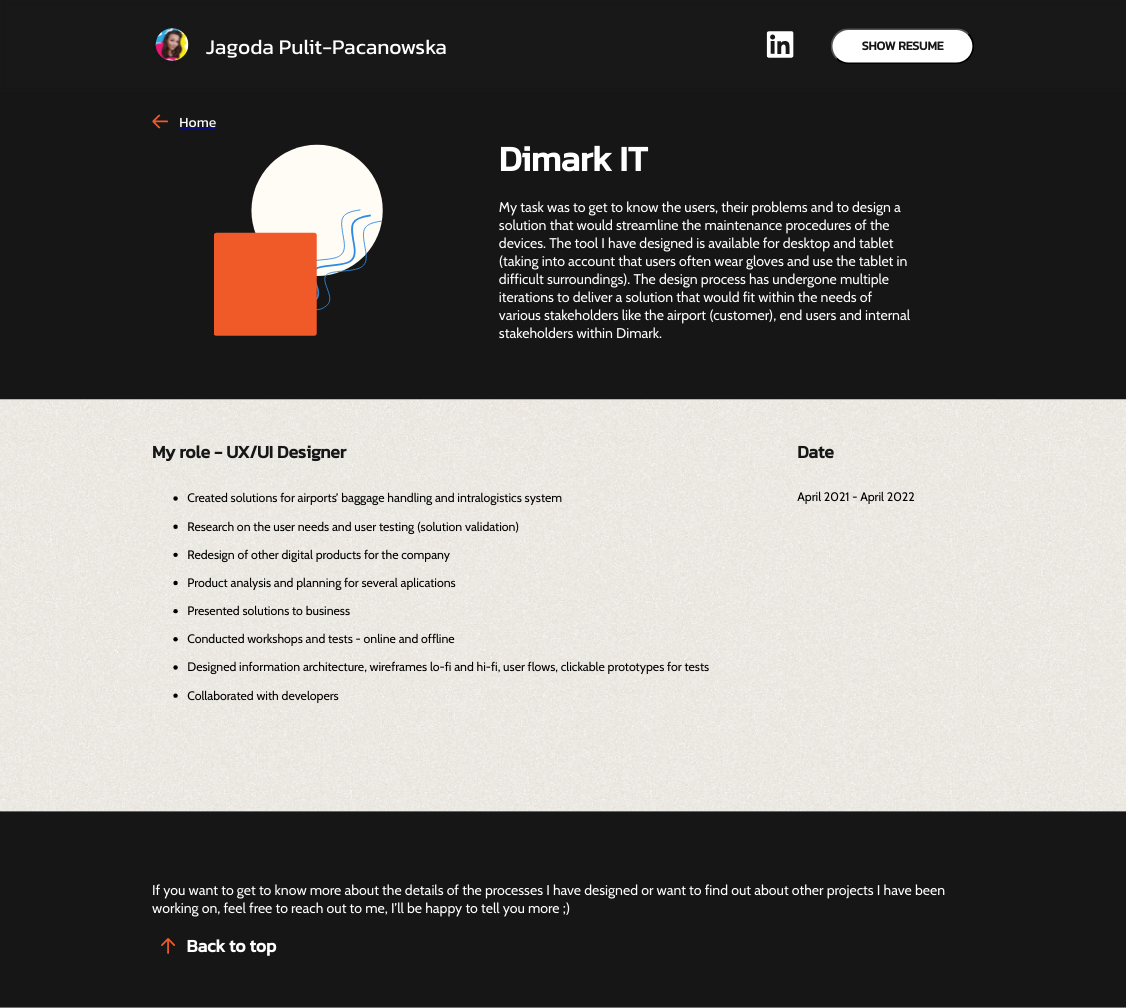
Repository: remigiuszpulit/ux-ui-portfolio
Page: /dimarkit
These files come from the project's save history. The page is drawn as it stood at one moment and after the next save; the edit follows.
The browser window is 1280 px wide. The pictures show the whole page, at 88% of full size.
The project was rebuilt for these pictures with package versions that can differ from the ones it lists, and the page was loaded fresh each time. Also part of the build but not shown: src/components/Card.js, src/pages/index.js.

Above is the page before, as saved 2022-10-03 22:17:43.

### public/index.html
<!DOCTYPE html>
<html lang="en">
  <head>
    <meta charset="utf-8" />
    <link rel="icon" href="%PUBLIC_URL%/avatar.svg" />
    <meta name="viewport" content="width=device-width, initial-scale=1" />
    <meta name="theme-color" content="#000000" />
    <meta
      name="description"
      content="Web site created using create-react-app"
    />
    <link rel="apple-touch-icon" href="%PUBLIC_URL%/avatar.svg" />
    <!--
      manifest.json provides metadata used when your web app is installed on a
      user's mobile device or desktop. See https://developers.google.com/web/fundamentals/web-app-manifest/
    -->
    <link rel="manifest" href="%PUBLIC_URL%/manifest.json" />
    <!--
      Notice the use of %PUBLIC_URL% in the tags above.
      It will be replaced with the URL of the `public` folder during the build.
      Only files inside the `public` folder can be referenced from the HTML.

      Unlike "/favicon.ico" or "favicon.ico", "%PUBLIC_URL%/favicon.ico" will
      work correctly both with client-side routing and a non-root public URL.
      Learn how to configure a non-root public URL by running `npm run build`.
    -->
    <title>Jagoda Pulit UX/UI Portfolio</title>
  </head>
  <body>
    <noscript>You need to enable JavaScript to run this app.</noscript>
    <div id="root"></div>
    <!--
      This HTML file is a template.
      If you open it directly in the browser, you will see an empty page.

      You can add webfonts, meta tags, or analytics to this file.
      The build step will place the bundled scripts into the <body> tag.

      To begin the development, run `npm start` or `yarn start`.
      To create a production bundle, use `npm run build` or `yarn build`.
    -->
  </body>
</html>

### src/index.js
import React from "react";
import ReactDOM from "react-dom/client";
import "./index.css";
import App from "./App";
import reportWebVitals from "./reportWebVitals";

const root = ReactDOM.createRoot(document.getElementById("root"));
root.render(
  // <React.StrictMode>
  <App />
  // </React.StrictMode> */
);

// If you want to start measuring performance in your app, pass a function
// to log results (for example: reportWebVitals(console.log))
// or send to an analytics endpoint. Learn more: https://bit.ly/CRA-vitals
reportWebVitals();

### src/App.js
import { BrowserRouter, Routes, Route, useLocation } from "react-router-dom";
import Navbar from "./components/Navbar";
import GlobalStyle from "./globalStyles";
import Index from "./pages";
import Dimark from "./pages/dimark";

function App() {
  return (
    <>
      <GlobalStyle />
      <BrowserRouter>
        <Navbar />
        <Routes>
          <Route path="/" element={<Index />} />
          <Route path="/dimarkit" element={<Dimark />} />
        </Routes>
      </BrowserRouter>
    </>
  );
}

export default App;

### src/components/Navbar.js
import React from "react";
import styled from "styled-components";
import avatar from "../static/avatar.svg";
import LinkedinIcon from "../static/LinkedinIcon.svg";
import LinkedinIconWhite from "../static/LinkedinIconWhite.svg";
import "@fontsource/kanit";
import { useLocation } from "react-router-dom";

function Navbar() {
  const location = useLocation();
  const isLight = location.pathname != "/";
  return (
    <NavContainer>
      <NavWrapper>
        <ItemsWrapper>
          <img src={avatar} alt="Avatar" />
          <LogoText isLight={isLight}>Jagoda Pulit-Pacanowska</LogoText>
        </ItemsWrapper>
        <ItemsWrapper>
          <a
            href="https://www.linkedin.com/in/jagoda-pulit/"
            target={"_blank"}
            rel="noreferrer"
          >
            <img
              src={isLight ? LinkedinIconWhite : LinkedinIcon}
              alt="LinkedinIcon"
            />
          </a>
          <ResumeButton isLight={isLight}>
            <ResumeButtonText isLight={isLight}>show resume</ResumeButtonText>
          </ResumeButton>
        </ItemsWrapper>
      </NavWrapper>
    </NavContainer>
  );
}

export default Navbar;

const NavContainer = styled.nav`
  height: 105px;
  background: rgba(232, 228, 222, 0.01);
  backdrop-filter: blur(3px);
  position: fixed;
  display: flex;
  width: 100%;
  justify-content: center;
`;

const NavWrapper = styled.div`
  width: 73%;
  display: flex;
  justify-content: center;
  align-items: center;
  flex-direction: column;
  @media (min-width: 768px) {
    justify-content: space-between;
    flex-direction: row;
    width: 73%;
  }
`;
const ItemsWrapper = styled.div`
  display: flex;
  align-items: center;
`;
const LogoText = styled.h3`
  margin-left: 16px;
  font-family: "Kanit";
  font-style: normal;
  font-weight: 500;
  font-size: 16px;
  @media (min-width: 768px) {
    font-size: 24px;
  }
  line-height: 124%;
  color: #161616;
  ${({ isLight }) =>
    isLight &&
    `
    color: white;
  `}
`;

const ResumeButton = styled.button`
  display: flex;
  flex-direction: row;
  width: 163px;
  height: 41px;
  justify-content: center;
  margin-left: 42px;
  align-items: center;
  padding: 10px;
  background: #161616;
  border-radius: 159px;
  ${({ isLight }) =>
    isLight &&
    `
    background: white;
  `}
`;

const ResumeButtonText = styled.h4`
  font-family: "Kanit";
  font-style: normal;
  font-weight: 600;
  font-size: 14px;
  line-height: 21px;
  /* identical to box height */

  text-transform: uppercase;

  color: #ffffff;

  /* Inside auto layout */
  ${({ isLight }) =>
    isLight &&
    `
    color: #161616;
  `}

  flex: none;
  order: 0;
  flex-grow: 0;
`;

### src/pages/dimark.js
import React from "react";
import styled from "styled-components";
import grafika_dimark from "../static/grafika_dimark.svg";
import PageLayout from "../components/PageLayout";

const headParagraph =
  "My task was to get to know the users, their problems and to design a solution that would streamline the maintenance procedures of the devices. The tool I have designed is available for desktop and tablet (taking into account that users often wear gloves and use the tablet in difficult surroundings). The design process has undergone multiple iterations to deliver a solution that would fit within the needs of various stakeholders like the airport (customer), end users and internal stakeholders within Dimark.";

function Dimark() {
  return (
    <>
      <PageLayout
        color={"#F05A28"}
        logo={grafika_dimark}
        head={"Dimark IT"}
        par={headParagraph}
      >
        <FlexContainer>
          <ColumnContainer>
            <Title3>My role - UX/UI Designer</Title3>
            <ul>
              <StyledListItem>
                Created solutions for airports’ baggage handling and
                intralogistics system
              </StyledListItem>
              <StyledListItem>
                Research on the user needs and user testing (solution
                validation)
              </StyledListItem>
              <StyledListItem>
                Redesign of other digital products for the company
              </StyledListItem>
              <StyledListItem>
                Product analysis and planning for several aplications
              </StyledListItem>
              <StyledListItem>Presented solutions to business</StyledListItem>
              <StyledListItem>
                Conducted workshops and tests - online and offline
              </StyledListItem>
              <StyledListItem>
                Designed information architecture, wireframes lo-fi and hi-fi,
                user flows, clickable prototypes for tests
              </StyledListItem>
              <StyledListItem>Collaborated with developers</StyledListItem>
            </ul>
          </ColumnContainer>
          <ColumnContainer>
            <Title3>Date</Title3>
            <TextListStyle>April 2021 - April 2022</TextListStyle>
          </ColumnContainer>
        </FlexContainer>
      </PageLayout>
    </>
  );
}

export default Dimark;

const ColumnContainer = styled.div`
  display: flex;
  flex-direction: column;
`;

const FlexContainer = styled.div`
  display: flex;
  gap: 100px;
`;

const Title3 = styled.h3`
  font-family: "Kanit";
  font-style: normal;
  font-weight: 700;
  font-size: 20px;
  margin: unset;
  line-height: 40px;
  /* identical to box height, or 200% */

  /* Black */

  color: #161616;
`;
const StyledListItem = styled.li`
  font-family: "Cabin";
  font-style: normal;
  font-weight: 400;
  font-size: 14px;
  margin: unset;
  line-height: 32px;
  /* or 229% */

  color: #000000;
`;

const TextListStyle = styled.p`
  font-family: "Cabin";
  font-style: normal;
  font-weight: 400;
  font-size: 14px;
  line-height: 32px;
  /* or 229% */

  color: #000000;
`;

### src/components/PageLayout.js
import React, { useRef } from "react";
import styled from "styled-components";
import BackgroundLight from "../static/BackgroundLight.png";
import PageHead from "../components/PageHead";
import Footer from "./Footer";

function PageLayout({ color, logo, head, par, children }) {
  const ref = useRef(null);
  return (
    <>
      <PageHead ref={ref} color={color} logo={logo} head={head} par={par} />
      <Page>
        <Container>{children}</Container>
      </Page>
      <Footer color={color} to={ref.current} />
    </>
  );
}

export default PageLayout;
const Page = styled.div`
  display: flex;
  justify-content: center;
  background-image: url(${BackgroundLight});
`;

const Container = styled.div`
  width: 73%;
  padding-top: 40px;
  padding-bottom: 100px;
`;

### src/components/PageHead.js
import React from "react";
import { Link } from "react-router-dom";
import styled from "styled-components";
import ArrowLeft from "./ArrowLeft";

const PageHead = React.forwardRef(({ color, logo, head, par }, ref) => (
  <Container ref={ref}>
    <Wrapper>
      <BackLink to={"/"}>
        <ArrowLeft color={color} />
        <BackLinkText>Home</BackLinkText>
      </BackLink>
      <HeadContainer>
        <HeadWrapper>
          <ImageContainer src={logo} />
          <TextContainer>
            <HeadText>{head}</HeadText>
            <HeadPar>{par}</HeadPar>
          </TextContainer>
        </HeadWrapper>
      </HeadContainer>
    </Wrapper>
  </Container>
));

export default PageHead;

const Container = styled.div`
  display: flex;
  justify-content: center;

  background-color: #161616;
  padding-top: 150px;
  @media (min-width: 768px) {
    padding-top: 105px;
  }
`;

const Wrapper = styled.div`
  padding-top: 21px;
  width: 73%;
  display: flex;
  flex-direction: column;
`;

const BackLink = styled(Link)`
  display: flex;
  align-items: center;
`;

const BackLinkText = styled.span`
  font-family: "Kanit";
  font-style: normal;
  font-weight: 300;
  font-size: 16px;
  line-height: 24px;
  text-decoration: none;
  margin-left: 13px;
  /* identical to box height */

  color: #ffffff;
`;

const HeadContainer = styled.div`
  display: flex;
  justify-content: center;
`;

const HeadWrapper = styled.div`
  width: 100%;
  display: flex;
  flex-direction: column-reverse;
  gap: 20px;
  margin-bottom: 24px;

  @media (min-width: 992px) {
    width: 85%;
    flex-direction: row;
    justify-content: center;
    gap: 100px;
    margin-bottom: 48px;
  }
`;

const ImageContainer = styled.img`
  max-height: 250px;
`;

const TextContainer = styled.div`
  display: flex;
  flex-direction: column;
  align-items: flex-start;
`;

const HeadText = styled.h1`
  font-family: "Kanit";
  font-style: normal;
  font-weight: 700;
  font-size: 40px;
  margin: unset;
  line-height: 60px;
  /* identical to box height */

  text-align: center;

  color: #ffffff;
`;

const HeadPar = styled.p`
  font-family: "Cabin";
  font-style: normal;
  font-weight: 500;
  font-size: 16px;
  line-height: 128%;
  max-width: 670px;
  /* or 20px */

  color: #ffffff;
`;

### src/components/Footer.js
import React from "react";
import styled from "styled-components";
import ArrowUp from "./ArrowUp";

function Footer({ color, to }) {
  return (
    <Container>
      <Wrapper>
        <Text>
          If you want to get to know more about the details of the processes I
          have designed or want to find out about other projects I have been
          working on, feel free to reach out to me, I’ll be happy to tell you
          more ;)
        </Text>
        <Button onClick={() => to?.scrollIntoView({ behavior: "smooth" })}>
          <ArrowUp color={color} />
          <ButtonText>Back to top</ButtonText>
        </Button>
      </Wrapper>
    </Container>
  );
}

export default Footer;

const Container = styled.div`
  background: #161616;
  padding-top: 64px;
  padding-bottom: 54px;
  display: flex;
  justify-content: center;
`;

const Wrapper = styled.div`
  width: 73%;
  display: flex;
  flex-direction: column;
`;

const Text = styled.p`
  font-family: "Cabin";
  font-style: normal;
  font-weight: 500;
  font-size: 16px;
  line-height: 128%;
  /* or 20px */

  color: #ffffff;
`;

const Button = styled.button`
  background: none;
  border: none;
  display: flex;
  align-items: center;
`;

const ButtonText = styled.span`
  font-family: "Kanit";
  font-style: normal;
  font-weight: 600;
  margin-left: 9px;
  font-size: 20px;
  line-height: 30px;
  /* identical to box height */

  color: #ffffff;
`;

### src/components/ArrowLeft.js
import React from "react";

function ArrowLeft({ color }) {
  return (
    <svg
      width="18"
      height="16"
      viewBox="0 0 18 16"
      fill="none"
      xmlns="http://www.w3.org/2000/svg"
    >
      <path
        d="M1 8L17 8M8 1L1 8L8 15"
        stroke={`${color}`}
        stroke-width="2"
        stroke-linecap="round"
        stroke-linejoin="round"
      />
    </svg>
  );
}

export default ArrowLeft;

### src/components/ArrowUp.js
import React from "react";

function ArrowUp({ color }) {
  return (
    <svg
      width="24"
      height="24"
      viewBox="0 0 24 24"
      fill="none"
      xmlns="http://www.w3.org/2000/svg"
    >
      <path
        d="M12 4L12 20M19 11L12 4L5 11"
        stroke={`${color}`}
        stroke-width="2"
        stroke-linecap="round"
        stroke-linejoin="round"
      />
    </svg>
  );
}

export default ArrowUp;

Loaded but not shown: src/index.css (common file); src/reportWebVitals.js (common file); src/globalStyles.js (331 lines, source omitted)

After the next save:
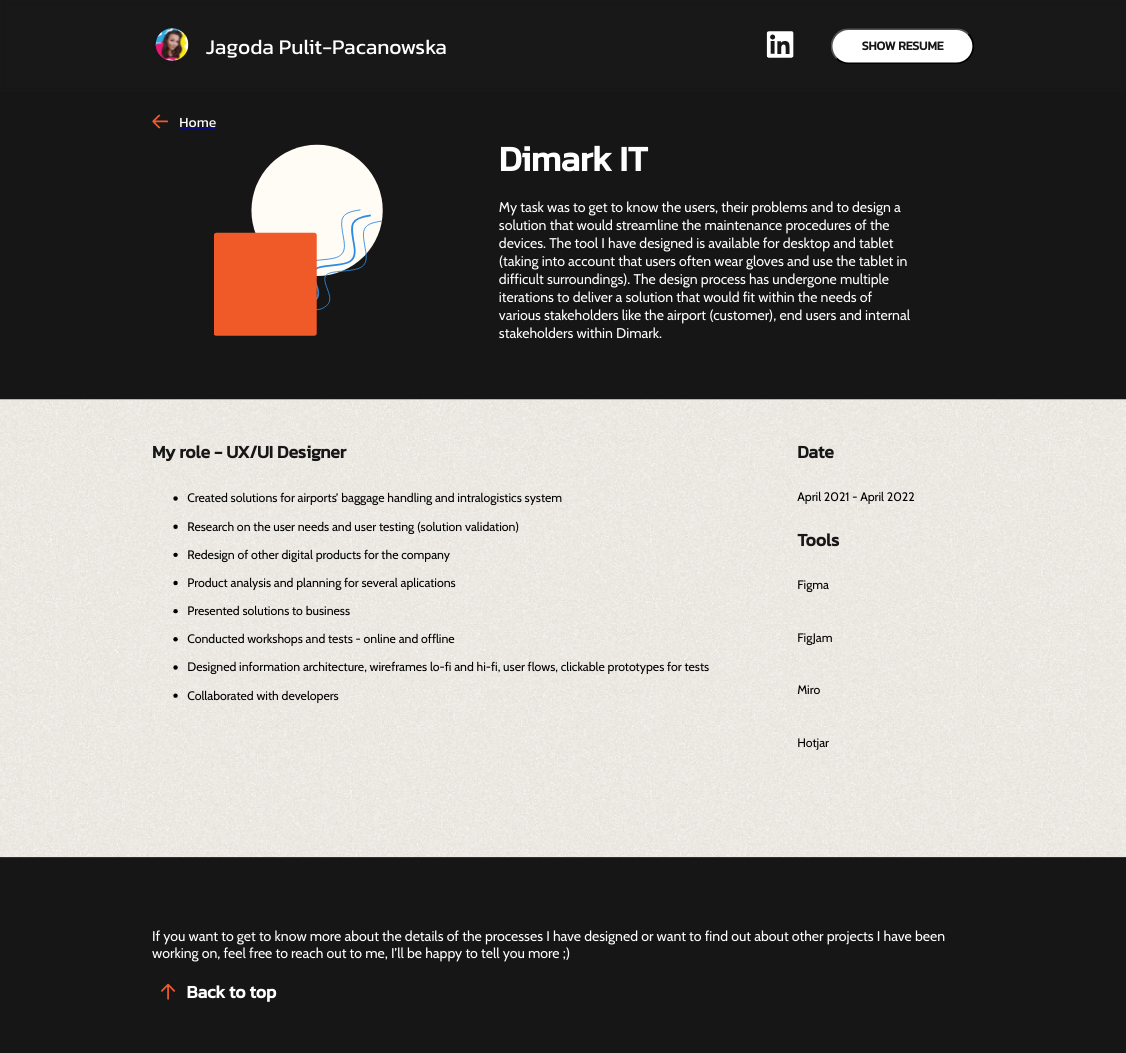
Saved 2 min 47 s later.
--- a/src/pages/dimark.js
+++ b/src/pages/dimark.js
@@ -47,6 +47,11 @@
           <ColumnContainer>
             <Title3>Date</Title3>
             <TextListStyle>April 2021 - April 2022</TextListStyle>
+            <Title3>Tools</Title3>
+            <TextListStyle>Figma</TextListStyle>
+            <TextListStyle>FigJam</TextListStyle>
+            <TextListStyle>Miro</TextListStyle>
+            <TextListStyle>Hotjar</TextListStyle>
           </ColumnContainer>
         </FlexContainer>
       </PageLayout>

After the save that followed:
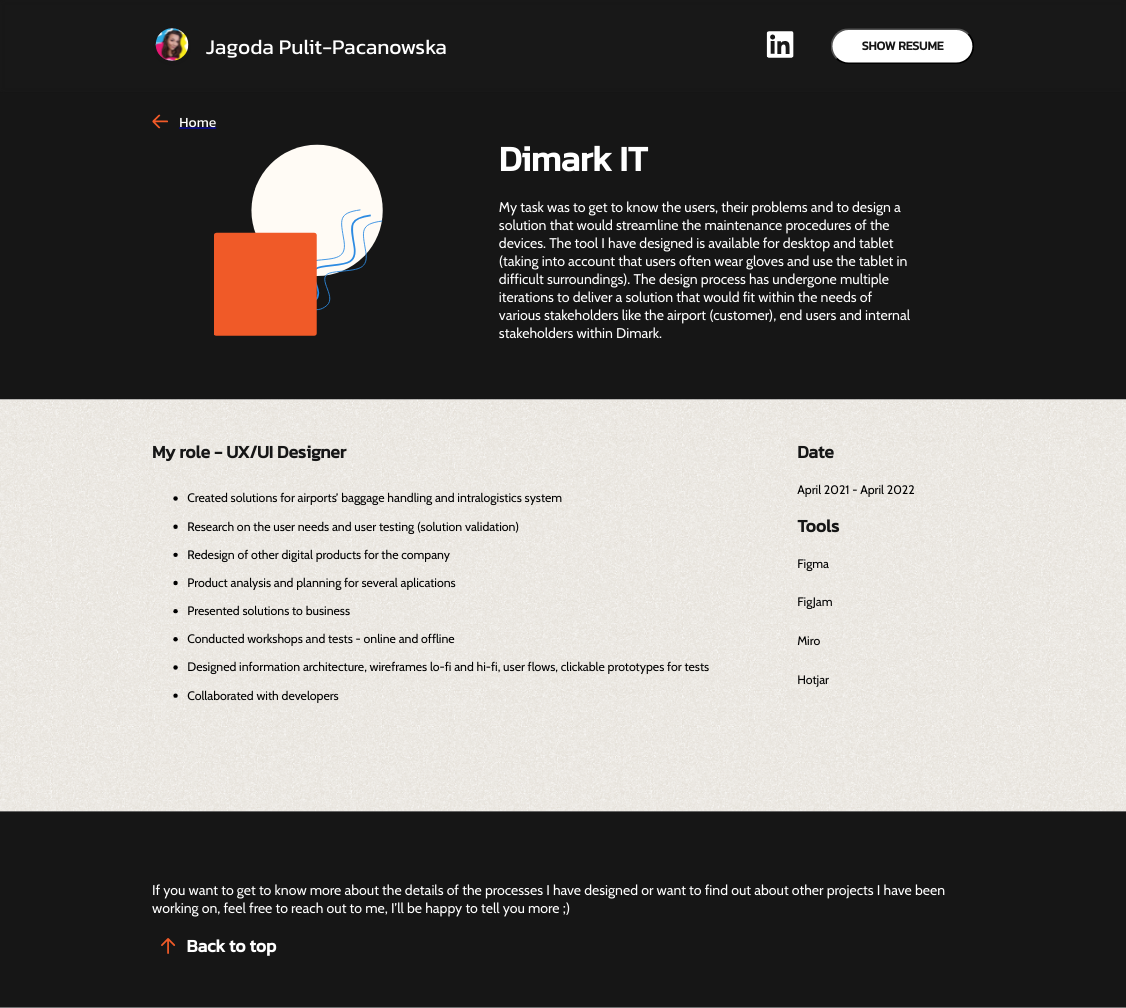
Saved 24 s later.
--- a/src/pages/dimark.js
+++ b/src/pages/dimark.js
@@ -101,7 +101,6 @@
   font-style: normal;
   font-weight: 400;
   font-size: 14px;
-  line-height: 32px;
   /* or 229% */
 
   color: #000000;
